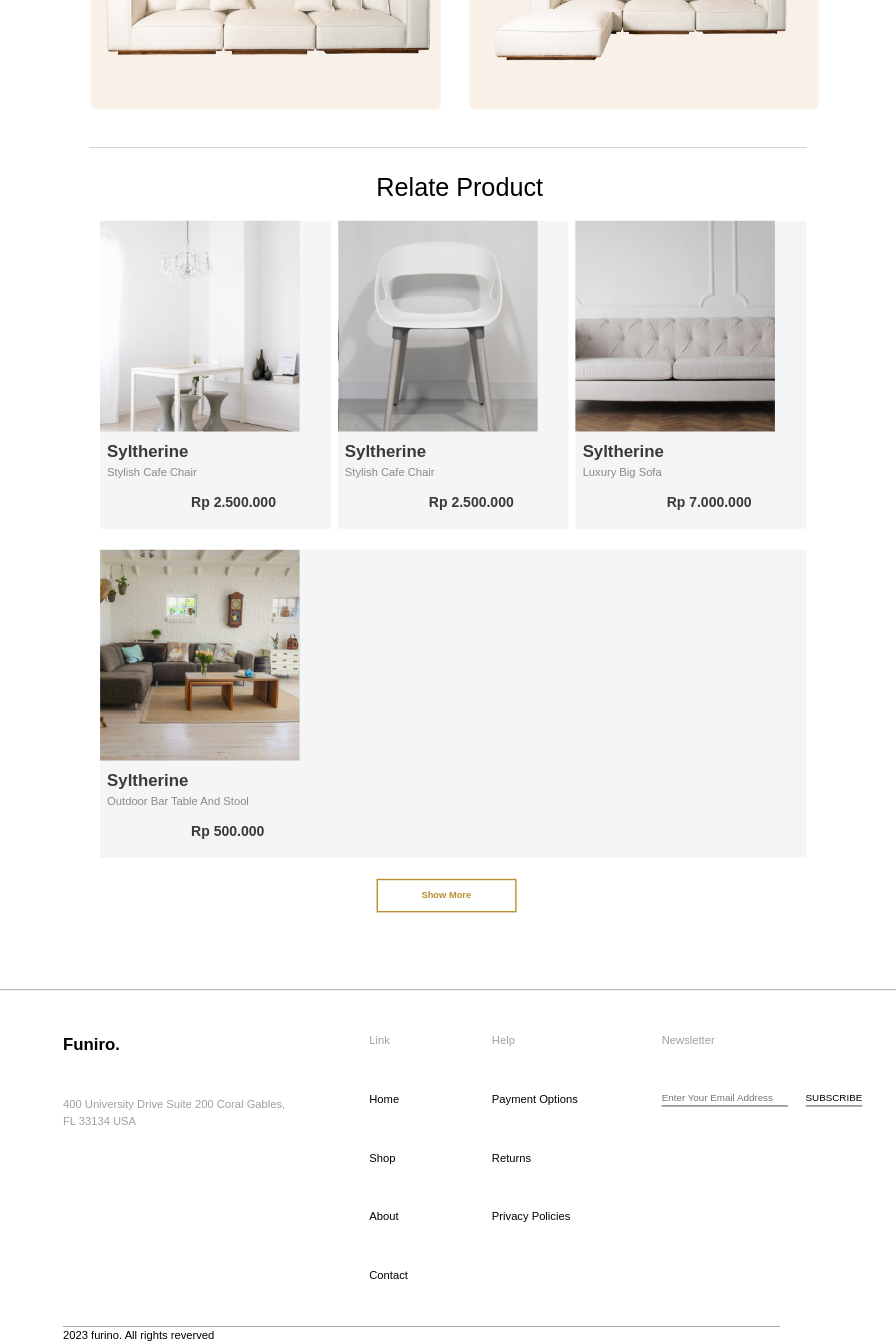
Repository: DT2301/project
Page: shop.html
These files come from the project's save history. The page is drawn as it stood at one moment and after the next save; the edit follows.
The browser window is 1280 px wide. The pictures show the part of the page from y = 1228 to 3148 px (the page is 3148 px tall), at 70% of full size.
A picture or video elsewhere on the page could not be fetched, so the positions and the page height are approximate.

Above is the page before, as saved 2024-01-07 16:27:01.

### shop.html
<!DOCTYPE html>
<html lang="en">

<head>
    <meta charset="UTF-8">
    <meta name="viewport" content="width=device-width, initial-scale=1.0">
    <title>Document</title>
    <link rel="stylesheet" href="shop.css">
</head>

<body>
    <header>
        <div class="sidebar">
            <div class="logo">
                <a href=""> <img srcset="./image/logox2.png 2x" alt=""></a>
            </div>
            <ul class="sidebar__menu--center">
                <li class="menu menu--home">
                    <a href="">Home</a>
                </li>
                <li class="menu menu--shop">
                    <a href="">Shop</a>
                </li>
                <li class="menu menu--about">
                    <a href="">About</a>
                </li>
                <li class="menu menu--contact">
                    <a href="">Contact</a>
                </li>
            </ul>
            <ul class="sidebar__menu--icon">
                <li class="menu menu--user">
                    <a href="">
                        <span>
                            <ion-icon name="person-outline"></ion-icon>
                        </span>
                    </a>
                </li>
                <li class="menu menu--search">
                    <a href="">
                        <span>
                            <ion-icon name="search-outline"></ion-icon>
                        </span>
                    </a>
                </li>
                <li class="menu menu--heart">
                    <a href="">
                        <span>
                            <ion-icon name="heart-outline"></ion-icon>
                        </span>
                    </a>
                </li>
                <li class="menu menu--cart">
                    <a href="">
                        <span>
                            <ion-icon name="cart-outline"></ion-icon>
                        </span>
                    </a>
                </li>
            </ul>
        </div>
        <div class="sidebar_bottom">
            <div class="home">
                <span>Home</span>
                <ion-icon name="chevron-forward-outline"></ion-icon>
                <span>Shop</span>
                <ion-icon name="chevron-forward-outline"></ion-icon>
            </div>
            <div class="name">
                <span>Asgaard sofa</span>
            </div>
        </div>
    </header>

    <main>
        <div class="view__product">
            <div class="img_product">
                <ul class="list_img">
                    <li class="img"><img srcset="./image/1.png 2x" alt=""></li>
                    <li class="img"><img srcset="./image/2.png 2x" alt=""></li>
                    <li class="img"><img srcset="./image/3.png 2x" alt=""></li>
                    <li class="img"><img srcset="./image/4.png 2x" alt=""></li>
                </ul>
            </div>
            <div class="img_feature">
                <img srcset="./image/main.png 2x" alt="">
            </div>
            <div class="infor_product">
                <h2>Asgaard sofa</h2>
                <p class="price"> Rs. 250,000.00</p>
                <div class="buy">
                    <button type="submit" class="buy__btn">Add To Cart</button>
                </div>
            </div>
        </div>

        <div class="information">
            <div class="infor1">
                <ul class="list_infor">
                    <li class="link_infor">Description</li>
                    <li class="link_infor">Additional Information</li>
                    <li class="link_infor">Reviews [5]</li>
                </ul>
            </div>
            <div class="infor2">
                <P>Embodying the raw, wayward spirit of rock ‘n’ roll, the Kilburn portable active stereo speaker takes
                    the unmistakable look and sound of Marshall, unplugs the chords, and takes the show on the road.
                </P>
                <br>
                <br>
                <P>
                    Weighing in under 7 pounds, the Kilburn is a lightweight piece of vintage styled engineering.
                    Setting the bar as one of the loudest speakers in its class, the Kilburn is a compact, stout-hearted
                    hero with a well-balanced audio which boasts a clear midrange and extended highs for a sound that is
                    both articulate and pronounced. The analogue knobs allow you to fine tune the controls to your
                    personal preferences while the guitar-influenced leather strap enables easy and stylish travel.
                </P>
            </div>
            <div class="infor3">
                <ul class="list_img3">
                    <li class="img_infor"><img srcset="./image/inforimg1.png 2x" alt=""></li>
                    <li class="img_infor"><img srcset="./image/inforimg2.png 2x" alt=""></li>
                </ul>
            </div>
        </div>

        <div class="relate_product">
            <h2> Relate Product</h2>
            <div class="recommend_prodcut">
                <div class="card_product">
                    <img src="./image/Sylthe.png" alt="">
                    <h4 class="title">Syltherine</h4>
                    <p class="infor">Stylish cafe chair</p>
                    <p class="price">Rp 2.500.000</p>
                </div>
                <div class="card_product">
                    <img src="./image/Levios.png" alt="">
                    <h4 class="title">Syltherine</h4>
                    <p class="infor">Stylish cafe chair</p>
                    <p class="price">Rp 2.500.000</p>
                </div>
                <div class="card_product">
                    <img src="./image/Lolito.png" alt="">
                    <h4 class="title">Syltherine</h4>
                    <p class="infor">Luxury big sofa</p>
                    <p class="price">Rp 7.000.000</p>
                </div>
                <div class="card_product">
                    <img src="./image/Respira.png" alt="">
                    <h4 class="title">Syltherine</h4>
                    <p class="infor">Outdoor bar table and stool</p>
                    <p class="price">Rp 500.000</p>
                </div>
            </div>
            <button type="button" class="product__btn">
                Show More
            </button>
        </div>
    </main>

    <footer>
        <div class="about">
            <div class="about_infor1">
                <h3> Funiro. </h3>
                <p>400 University Drive Suite 200 Coral Gables,<br>
                    FL 33134 USA</p>
            </div>
            <div class="about_infor2">
                <div class="links">
                    <h5>Link</h5>
                    <ul class="menu_links">
                        <li class="menu_link">
                            <a href="">Home</a>
                        </li>
                        <li class="menu_link">
                            <a href="">Shop</a>
                        </li>
                        <li class="menu_link">
                            <a href="">About</a>
                        </li>
                        <li class="menu_link">
                            <a href="">Contact</a>
                        </li>
                    </ul>
                </div>
                <div class="Help">
                    <h5>Help</h5>
                    <ul class="menu">
                        <li class="menu_help">
                            <a href="">Payment Options</a>
                        </li>
                        <li class="menu_help">
                            <a href="">Returns</a>
                        </li>
                        <li class="menu_help">
                            <a href="">Privacy Policies</a>
                        </li>
                    </ul>
                </div>
                <div class="newsletter ">
                    <h5>Newsletter</h5>
                    <input type="email" placeholder="Enter Your Email Address">
                    <button type="submit" class="btn">SUBSCRIBE</button>
                </div>
            </div>
        </div>
        <h6>2023 furino. All rights reverved</h6>
    </footer>
    <script type="module" src="https://unpkg.com/ionicons@7.1.0/dist/ionicons/ionicons.esm.js"></script>
    <script nomodule src="https://unpkg.com/ionicons@7.1.0/dist/ionicons/ionicons.js"></script>
</body>

</html>

### shop.css
* {
  padding: 0;
  margin: 0;
  font-family: "Poppins", sans-serif;
  color: black;
}

a,
ul {
  list-style: none;
  text-decoration: none;
}

.sidebar {
  display: flex;
  flex-direction: row;
  justify-content: center;
  align-items: center;
  background-color: white;
  width: 100%;
  height: 100px;
}

.logo {
  position: absolute;
  left: 50px;
}

.sidebar__menu--center {
  width: 30%;
  display: flex;
  justify-content: space-between;
  font-size: 16px;
  font-weight: 500;
  line-height: 24px;
}

.sidebar__menu--icon {
  display: flex;
  width: 15%;
  position: absolute;
  justify-content: space-between;
  right: 70px;
  font-size: 25px;
}

.sidebar_bottom {
  background-color: #f9f1e7;
  width: 100%;
  height: 80px;
  display: flex;
  align-items: center;

}

.home {
  margin-left: 100px;
  display: flex;
  align-items: center;
}
.home span {
  color: #9f9f9f;
  font-weight: 400;
  font-size: 16px;
  line-height: 24px;
}

.home ion-icon {
  margin-left: 20px;
  font-size: 30px;
  margin-right: 20px;
}

.home ion-icon:last-child {
  border-right: 1px solid black;
  padding-right: 30px;
}

.name {
  font-size: 16px;
  font-weight: 400;
  line-height: 24px;
  margin-left: 30px;
  text-align: left;
}

.view__product {
  display: flex;
  width: 80%;
  flex-direction: row;
  margin: auto;
  margin-top: 50px;
}

.img {
  background-color: #fff3e3;
  margin-bottom: 20px;
  object-fit: cover;
  border-radius: 10px;
  width: 80px;
  margin-right: 30px;
}

.img_feature {
  object-fit: cover;
  background-color: #fff3e3;
  border-radius: 20px;
  margin-right: 90px;
}

.infor_product h2 {
  font-size: 42px;
  font-weight: 400;
  line-height: 63px;
  text-align: left;
}

.infor_product .price {
  font-size: 24px;
  font-weight: 500;
  line-height: 36px;
  text-align: left;
  color: #9f9f9f;
  margin-top: 20px;
}

.infor_product .buy__btn {
  font-size: 20px;
  font-weight: 400;
  line-height: 30px;
  text-align: center;
  width: 220px;
  height: 70px;
  border-radius: 20px;
  background-color: white;
  margin-top: 30px;
  cursor: pointer;
}

.information {
  display: flex;
  flex-direction: column;
  margin-top: 100px;
  border-top: 1px solid rgba(195, 188, 188, 0.751);
}

.infor1 .list_infor {
  margin-top: 50px;
  display: flex;
  flex-direction: row;
  margin-left: 350px;
}

.list_infor .link_infor {
  font-size: 24px;
  font-weight: 400;
  line-height: 36px;
  text-align: left;
  color: #9f9f9f;
  margin-right: 100px;
  margin-bottom: 30px;
}

.list_infor .link_infor:first-child {
  font-size: 24px;
  font-weight: 6 00;
  line-height: 36px;
  color: #000000;
  text-align: left;
}

.infor2 {
  width: 60%;
  margin: 0 auto;
  margin-bottom: 30px;
}

.infor2 p {
  font-family: Poppins;
  font-size: 16px;
  font-weight: 400;
  line-height: 24px;
  letter-spacing: 0em;
  text-align: justified;
  color: #9f9f9f;
}

.infor3 {
  margin: 0 auto;
}

.infor3 .list_img3 {
  display: flex;
  flex-direction: row;
  gap: 20px;
}

.img_infor img {
  object-fit: cover;
  width: 500px;
  margin-left: 20px;
  margin-bottom: 50px;
}

.relate_product {
  border-top: 1px solid rgba(175, 175, 175, 0.727);
  width: 80%;
  margin: 0 auto;
  margin-bottom: 50px;
}

.recommend_prodcut {
  display: flex;
  gap: 10px;
  margin-left: 15px;
  flex-wrap: wrap;
}
.relate_product h2 {
  font-size: 36px;
  font-weight: 500;
  line-height: 54px;
  text-align: left;
  margin-left: 40%;
  margin-top: 30px;
  margin-bottom: 20px;
}

.card_product {
  flex-grow: 1;
  flex-basis: 200;
  width: 285px;
  height: 440px;
  background-color: #f4f5f7;
  box-sizing: border-box;
  margin-bottom: 20px;
  position: relative;
}

.card_product::before {
  content: "";
  position: absolute;
  top: 0;
  left: 0;
  display: block;
  width: 100%;
  height: 100%;
  background: rgba(0, 0, 0, 0.196);
  z-index: 2;
  transition: 0.5s all;
  opacity: 0;
}

.card_product:hover::before {
  opacity: 1;
}

.card_product h4 {
  font-size: 24px;
  line-height: 28.8px;
  font-weight: 600;
  color: #3a3a3a;
  margin-bottom: 5px;
  margin-left: 10px;
  margin-top: 10px;
  text-transform: capitalize;
}

.card_product .infor {
  color: #898989;
  font-size: 16px;
  line-height: 24px;
  font-weight: 500;
  margin-left: 10px;
  text-transform: capitalize;
}

.card_product .price {
  color: #3a3a3a;
  font-size: 20px;
  line-height: 30px;
  font-weight: 600;
  margin-top: 15px;
  margin-left: 130px;
}

.product__btn {
  color: #b88e2f;
  background-color: #ffffff;
  width: 200px;
  height: 48px;
  line-height: 24px;
  font-weight: 600;
  border: 2px solid #b88e2f;
  margin: 10px auto;
  cursor: pointer;
  transition: all 0.5s;
  margin-left: 40%;
}

.product__btn:hover {
  background-color: #b88e2f;
  color: white;
  box-shadow: 2px 5px grey;
}

.product__btn:focus {
  transform: translateY(10px);
}

.about {
  margin-top: 100px;
  border-top: 1px solid grey;
  display: flex;
}

.about_infor1 {
  margin-top: 60px;
  margin-left: 90px;
  margin-right: 120px;
}
.about_infor1 h3 {
  font-size: 24px;
  line-height: 36px;
  font-weight: 700;
  margin-bottom: 55px;
}

.about_infor1 p {
  color: #9f9f9f;
  font-weight: 400;
  font-size: 16px;
  line-height: 24px;
}

.about_infor2 {
  display: flex;
  margin-top: 60px;
}

.about_infor2 h5 {
  color: #9f9f9f;
  font-size: 16px;
  font-weight: 500;
  line-height: 24px;
  margin-bottom: 60px;
}

.menu_link {
  margin-bottom: 60px;
  margin-right: 120px;
  color: #000000;
  font-size: 16px;
  font-weight: 500;
  line-height: 24px;
}

.menu_help {
  margin-bottom: 60px;
  margin-right: 120px;
  color: #000000;
  font-size: 16px;
  font-weight: 500;
  line-height: 24px;
}

.newsletter input {
  color: #9f9f9f;
  border: none;
  border-bottom: 1px solid black;
  font-size: 14px;
  font-weight: 400;
  line-height: 21px;
  margin-right: 20px;
}

.newsletter input:focus {
  outline: none;
  border-bottom: 1px solid black;
}

.newsletter .btn {
  font-size: 14px;
  line-height: 21px;
  font-weight: 500;
  color: #000000;
  border: none;
  background-color: white;
  border-bottom: 1px solid black;
  cursor: pointer;
  transition: all 0.2s ease;
}

.newsletter .btn:hover {
  background-color: grey;
  color: white;
  border-radius: 2px;
  transform: translateY(-5px);
}

.newsletter .btn:focus {
  transform: scale(0.9);
}

h6 {
  width: 80%;
  border-top: 1px solid grey;
  font-size: 16px;
  font-weight: 400;
  line-height: 24px;
  letter-spacing: 0em;
  text-align: left;
  margin-left: 90px;
}

After the next save:
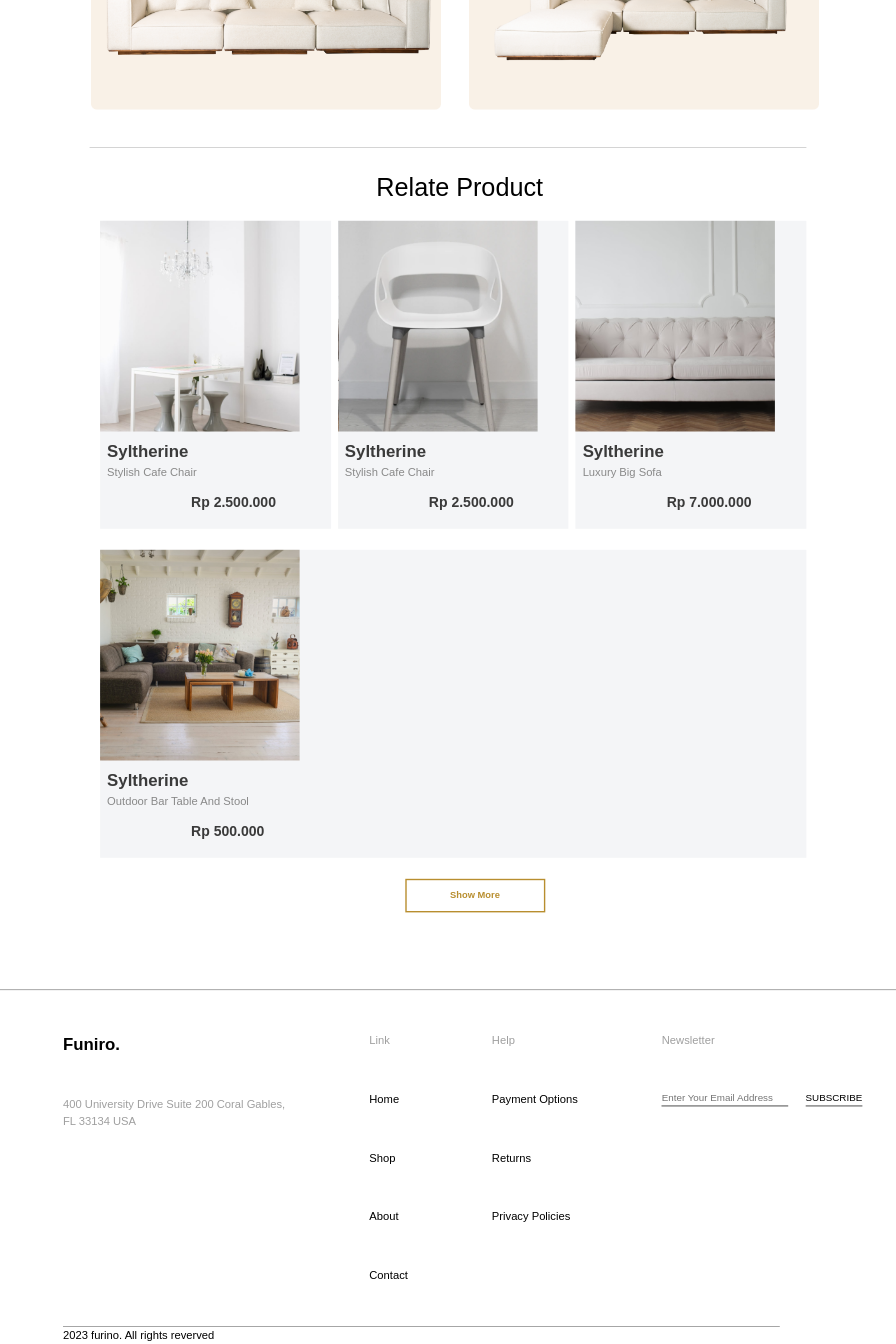
Saved 81 s later.
--- a/shop.css
+++ b/shop.css
@@ -294,7 +294,7 @@ ul {
   margin: 10px auto;
   cursor: pointer;
   transition: all 0.5s;
-  margin-left: 40%;
+  margin-left: 44%;
 }
 
 .product__btn:hover {
